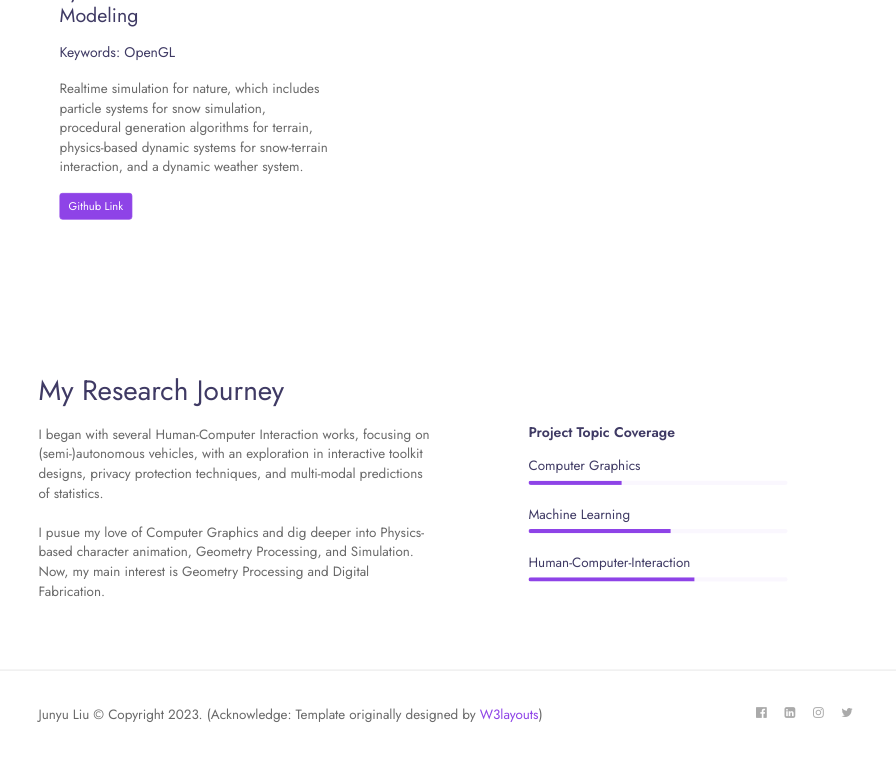
Repository: Junyu-Liu-Nate/junyu-liu-nate.github.io
Page: project.html
An editor plug-in stored every save of this project. The page is shown before and after the next save, followed by the edit.
The browser window is 1280 px wide. The pictures show the part of the page from y = 844 to 2764 px (the page is 1926 px tall before and 2764 px after), at 70% of full size.

Above is the page before, as saved 2024-04-10 18:10:29.
Console error: TypeError: Cannot read properties of null (reading 'classList')

### project.html
<!--
Author: Junyu Liu
Author: W3layouts
Author URL: http://w3layouts.com
-->
<!doctype html>
<html lang="en">

<head>
  <!-- Required meta tags -->
  <meta charset="utf-8">
  <meta name="viewport" content="width=device-width, initial-scale=1, shrink-to-fit=no">

  <title>Junyu Liu - Projects</title>

  <!-- google fonts -->
  <link href="//fonts.googleapis.com/css2?family=Jost:wght@300;400;600&display=swap" rel="stylesheet">

  <!-- Template CSS -->
  <link rel="stylesheet" href="assets/css/style-starter.css">
</head>

<body>
<!-- header -->
<header id="site-header" class="fixed-top">
  <div class="container">
      <nav class="navbar navbar-expand-lg stroke">
          <a class="navbar-brand" href="index.html">
              <span class="fa fa-laptop"></span> Junyu Liu
          </a>
          <!-- if logo is image enable this
      <a class="navbar-brand" href="#index.html">
          <img src="image-path" alt="Your logo" title="Your logo" style="height:35px;" />
      </a> -->
          <button class="navbar-toggler  collapsed bg-gradient" type="button" data-toggle="collapse"
              data-target="#navbarTogglerDemo02" aria-controls="navbarTogglerDemo02" aria-expanded="false"
              aria-label="Toggle navigation">
              <span class="navbar-toggler-icon fa icon-expand fa-bars"></span>
              <span class="navbar-toggler-icon fa icon-close fa-times"></span>
              </span>
          </button>

          <div class="collapse navbar-collapse" id="navbarTogglerDemo02">
            <ul class="navbar-nav ml-auto">
                <li class="nav-item active">
                    <a class="nav-link" href="index.html">Home <span class="sr-only">(current)</span></a>
                </li>
                <li class="nav-item @@research_active">
                    <a class="nav-link" href="research.html">Research</a>
                </li>
                <li class="nav-item @@project_active">
                  <a class="nav-link" href="project.html">Project</a>
                </li>
                <li class="nav-item @@service_active">
                  <a class="nav-link" href="service.html">Service</a>
                </li>
                <li class="nav-item @@art_active">
                    <a class="nav-link" href="art.html">Art</a>
                </li>
            </ul>
        </div>
          <!-- toggle switch for light and dark theme -->
          <div class="mobile-position">
              <nav class="navigation">
                  <div class="theme-switch-wrapper">
                      <label class="theme-switch" for="checkbox">
                          <input type="checkbox" id="checkbox">
                          <div class="mode-container">
                              <i class="gg-sun"></i>
                              <i class="gg-moon"></i>
                          </div>
                      </label>
                  </div>
              </nav>
          </div>
          <!-- //toggle switch for light and dark theme -->
      </nav>
  </div>
</header>
<!-- //header -->

<!-- about breadcrumb -->
<section class="w3l-about-breadcrumb text-center">
    <div class="breadcrumb-bg breadcrumb-bg-about py-sm-5 py-4">
        <div class="container py-2">
            <h2 class="title">Code Projects</h2>
            <ul class="breadcrumbs-custom-path mt-2">
                <li><a href="index.html">Home</a></li>
                <li class="active"><span class="fa fa-arrow-right mx-2" aria-hidden="true"></span> Code Projects </li>
            </ul>
            <br>
            <h5>Selection of my implementation of papers/algorithms, tools, course projects, and all other fun implementations.</h5>
        </div>
    </div>
</section>
<!-- //about breadcrumb -->

<!-- about page about section -->
<section class="w3l-aboutblock1" id="about">
    <div class="midd-w3 py-5">
        <div class="container py-lg-5 py-md-3">
              <div class="col-6">
                <div class="col-lg-8">
                  <div class="position-relative">
                      <img src="assets/images/project/thumnail/port-FEM-vs-VEM.png" alt="" class="radius-image img-fluid">
                  </div>
                </div>
                <div class="col-lg-9 mt-lg-0 mt-5">
                    <!-- <h5 class="title-small mb-2">Hello, I am UI/UX Designer</h5> -->
                    <h3 class="title">Realtime Interactive Particle System and Procedural Terrain Modeling</h3>
                    <br>
                    <h5>Keywords: OpenGL</h5>
                    <br>
                    <p>
                      Realtime simulation for nature, which includes particle systems for snow simulation, procedural generation algorithms for terrain, physics-based dynamic systems for snow-terrain interaction, and a dynamic weather system.
                    </p>
                    <br>
                    <div>
                      <a href="https://github.com/Junyu-Liu-Nate/Realtime-Interactive-Particle-System-Procedural-Modeling-OpenGL" class="btn btn-primary">Github Link</a>
                    </div>
                </div>
            </div>

            <!-- <p><br>-----------------------------------------------------------------------------------------------------------------------------------------------------------------------------------<br><br></p> -->
            <p><br></p>

        </div>
    </div>
</section>
<!-- //about page about section -->

<!-- about page third section -->
<section class="w3l-content-6 py-5">
    <div class="content-6-mian py-lg-5 py-md-4">
        <div class="container">
            <div class="content-info-in row">
                <div class="content-gd col-lg-6">
                    <h3 class="title-big mb-4">My Research Journey</h3>
                    <p>
                      I began with several Human-Computer Interaction works, focusing on (semi-)autonomous vehicles, with an exploration in interactive toolkit designs, privacy protection techniques, and multi-modal predictions of statistics.
                      <br><br>

                      I pusue my love of Computer Graphics and dig deeper into Physics-based character animation, Geometry Processing, and Simulation. Now, my main interest is Geometry Processing and Digital Fabrication.
                    </p>
                </div>
                <div class="content-gd col-lg-4 offset-lg-1">
                    <br><br><br>
                    <h5><b>Project Topic Coverage</b></h5><br>
                    <div class="progress-info">
                        <h6 class="progress-tittle">Computer Graphics</h6>
                        <div class="progress">
                            <div class="progress-bar progress-bar-striped" role="progressbar" style="width: 36%"
                                aria-valuenow="36" aria-valuemin="0" aria-valuemax="100">
                            </div>
                        </div>
                    </div>
                    <div class="progress-info">
                        <h6 class="progress-tittle">Machine Learning
                        </h6>
                        <div class="progress">
                            <div class="progress-bar progress-bar-striped" role="progressbar" style="width: 55%"
                                aria-valuenow="55" aria-valuemin="0" aria-valuemax="100">
                            </div>
                        </div>
                    </div>
                    <div class="progress-info">
                        <h6 class="progress-tittle">Human-Computer-Interaction</h6>
                        <div class="progress">
                            <div class="progress-bar progress-bar-striped" role="progressbar" style="width: 64%"
                                aria-valuenow="64" aria-valuemin="0" aria-valuemax="100">
                            </div>
                        </div>
                    </div>
                </div>
            </div>
        </div>
    </div>
</section>
<!-- about page third section -->

<!-- Footer -->
<section class="w3l-footer py-sm-5 py-4">
  <div class="container">
    <div class="footer-content">
      <div class="row">
        <div class="col-lg-8 footer-left">
          <p class="m-0">Junyu Liu © Copyright 2023. (Acknowledge: Template originally designed by <a href="https://w3layouts.com">W3layouts</a>)</p>
        </div>
        <div class="col-lg-4 footer-right text-lg-right text-center mt-lg-0 mt-3">
          <ul class="social m-0 p-0">
            <li><a href="#facebook"><span class="fa fa-facebook-official"></span></a></li>
            <li><a href="#linkedin"><span class="fa fa-linkedin-square"></span></a></li>
            <li><a href="#instagram"><span class="fa fa-instagram"></span></a></li>
            <li><a href="#twitter"><span class="fa fa-twitter"></span></a></li>
          </ul>
        </div>
      </div>
    </div>
  </div>

  <!-- move top -->
  <button onclick="topFunction()" id="movetop" title="Go to top">
    <span class="fa fa-angle-up"></span>
  </button>
  <script>
    // When the user scrolls down 20px from the top of the document, show the button
    window.onscroll = function () {
      scrollFunction()
    };

    function scrollFunction() {
      if (document.body.scrollTop > 20 || document.documentElement.scrollTop > 20) {
        document.getElementById("movetop").style.display = "block";
      } else {
        document.getElementById("movetop").style.display = "none";
      }
    }

    // When the user clicks on the button, scroll to the top of the document
    function topFunction() {
      document.body.scrollTop = 0;
      document.documentElement.scrollTop = 0;
    }
  </script>
  <!-- /move top -->
</section>
<!-- //Footer -->

<!-- all js scripts and files here -->

<script src="assets/js/theme-change.js"></script><!-- theme switch js (light and dark)-->

<script src="assets/js/jquery-3.3.1.min.js"></script><!-- default jQuery -->

<!-- /typig-text-->
<script>
  const typedTextSpan = document.querySelector(".typed-text");
  const cursorSpan = document.querySelector(".cursor");

  const textArray = ["UI/UX Designer", "Freelancer", "Web developer"];
  const typingDelay = 200;
  const erasingDelay = 10;
  const newTextDelay = 100; // Delay between current and next text
  let textArrayIndex = 0;
  let charIndex = 0;

  function type() {
    if (charIndex < textArray[textArrayIndex].length) {
      if (!cursorSpan.classList.contains("typing")) cursorSpan.classList.add("typing");
      typedTextSpan.textContent += textArray[textArrayIndex].charAt(charIndex);
      charIndex++;
      setTimeout(type, typingDelay);
    } else {
      cursorSpan.classList.remove("typing");
      setTimeout(erase, newTextDelay);
    }
  }

  function erase() {
    if (charIndex > 0) {
      // add class 'typing' if there's none
      if (!cursorSpan.classList.contains("typing")) {
        cursorSpan.classList.add("typing");
      }
      typedTextSpan.textContent = textArray[textArrayIndex].substring(0, 0);
      charIndex--;
      setTimeout(erase, erasingDelay);
    } else {
      cursorSpan.classList.remove("typing");
      textArrayIndex++;
      if (textArrayIndex >= textArray.length) textArrayIndex = 0;
      setTimeout(type, typingDelay);
    }
  }

  document.addEventListener("DOMContentLoaded", function () { // On DOM Load initiate the effect
    if (textArray.length) setTimeout(type, newTextDelay + 250);
  });
</script>
<!-- //typig-text-->

<!-- services owlcarousel -->
<script src="assets/js/owl.carousel.js"></script>

<!-- script for services -->
<script>
  $(document).ready(function () {
    $('.owl-two').owlCarousel({
      loop: true,
      margin: 30,
      nav: false,
      responsiveClass: true,
      autoplay: false,
      autoplayTimeout: 5000,
      autoplaySpeed: 1000,
      autoplayHoverPause: false,
      responsive: {
        0: {
          items: 1,
          nav: false
        },
        480: {
          items: 1,
          nav: false
        },
        700: {
          items: 1,
          nav: false
        },
        1090: {
          items: 3,
          nav: false
        }
      }
    })
  })
</script>
<!-- //script for services -->

<!-- script for tesimonials carousel slider -->
<script>
  $(document).ready(function () {
    $("#owl-demo1").owlCarousel({
      loop: true,
      margin: 20,
      nav: false,
      responsiveClass: true,
      responsive: {
        0: {
          items: 1,
          nav: false
        },
        736: {
          items: 1,
          nav: false
        },
        1000: {
          items: 2,
          nav: false,
          loop: false
        }
      }
    })
  })
</script>
<!-- //script for tesimonials carousel slider -->

<!-- video popup -->
<script src="assets/js/jquery.magnific-popup.min.js"></script>
<script>
  $(document).ready(function () {
    $('.popup-with-zoom-anim').magnificPopup({
      type: 'inline',

      fixedContentPos: false,
      fixedBgPos: true,

      overflowY: 'auto',

      closeBtnInside: true,
      preloader: false,

      midClick: true,
      removalDelay: 300,
      mainClass: 'my-mfp-zoom-in'
    });

    $('.popup-with-move-anim').magnificPopup({
      type: 'inline',

      fixedContentPos: false,
      fixedBgPos: true,

      overflowY: 'auto',

      closeBtnInside: true,
      preloader: false,

      midClick: true,
      removalDelay: 300,
      mainClass: 'my-mfp-slide-bottom'
    });
  });
</script>
<!-- //video popup -->

<!-- stats number counter-->
<script src="assets/js/jquery.waypoints.min.js"></script>
<script src="assets/js/jquery.countup.js"></script>
<script>
  $('.counter').countUp();
</script>
<!-- //stats number counter -->

<!-- disable body scroll which navbar is in active -->
<script>
  $(function () {
    $('.navbar-toggler').click(function () {
      $('body').toggleClass('noscroll');
    })
  });
</script>
<!-- disable body scroll which navbar is in active -->

<!--/MENU-JS-->
<script>
  $(window).on("scroll", function () {
    var scroll = $(window).scrollTop();

    if (scroll >= 80) {
      $("#site-header").addClass("nav-fixed");
    } else {
      $("#site-header").removeClass("nav-fixed");
    }
  });

  //Main navigation Active Class Add Remove
  $(".navbar-toggler").on("click", function () {
    $("header").toggleClass("active");
  });
  $(document).on("ready", function () {
    if ($(window).width() > 991) {
      $("header").removeClass("active");
    }
    $(window).on("resize", function () {
      if ($(window).width() > 991) {
        $("header").removeClass("active");
      }
    });
  });
</script>
<!--//MENU-JS-->

<!-- bootstrap js -->
<script src="assets/js/bootstrap.min.js"></script>

</body>

</html>

Loaded but not shown: assets/css/style-starter.css (library); assets/js/theme-change.js (common file); assets/js/jquery-3.3.1.min.js (library); assets/js/owl.carousel.js (library); assets/js/jquery.magnific-popup.min.js (library); assets/js/jquery.waypoints.min.js (library); assets/js/jquery.countup.js (common file); assets/js/bootstrap.min.js (library)

After the next save:
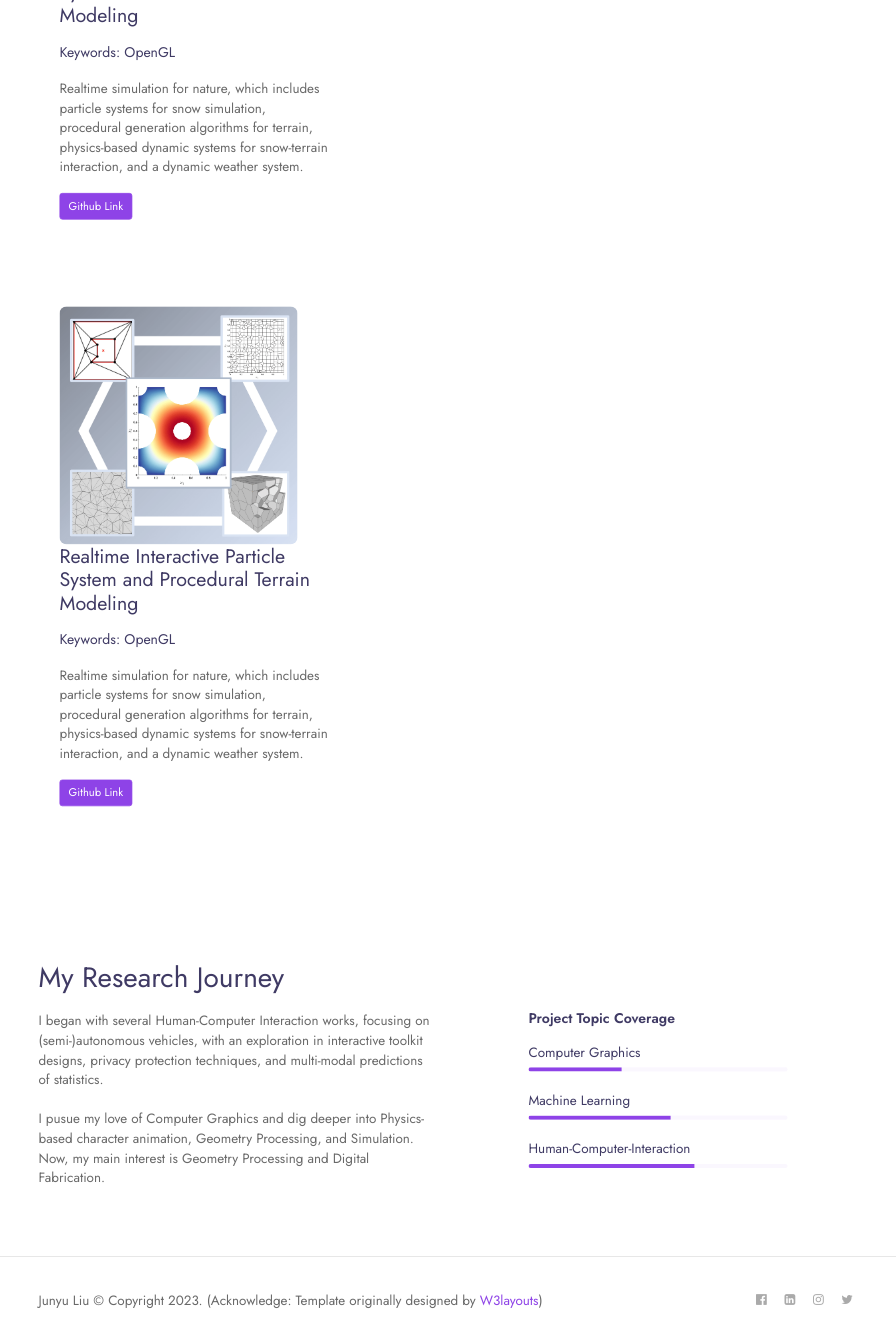
Saved 17 s later.
--- a/project.html
+++ b/project.html
@@ -125,6 +125,34 @@
             <p><br></p>
 
         </div>
+
+        <div class="container py-lg-5 py-md-3">
+          <div class="col-6">
+            <div class="col-lg-8">
+              <div class="position-relative">
+                  <img src="assets/images/project/thumnail/port-FEM-vs-VEM.png" alt="" class="radius-image img-fluid">
+              </div>
+            </div>
+            <div class="col-lg-9 mt-lg-0 mt-5">
+                <!-- <h5 class="title-small mb-2">Hello, I am UI/UX Designer</h5> -->
+                <h3 class="title">Realtime Interactive Particle System and Procedural Terrain Modeling</h3>
+                <br>
+                <h5>Keywords: OpenGL</h5>
+                <br>
+                <p>
+                  Realtime simulation for nature, which includes particle systems for snow simulation, procedural generation algorithms for terrain, physics-based dynamic systems for snow-terrain interaction, and a dynamic weather system.
+                </p>
+                <br>
+                <div>
+                  <a href="https://github.com/Junyu-Liu-Nate/Realtime-Interactive-Particle-System-Procedural-Modeling-OpenGL" class="btn btn-primary">Github Link</a>
+                </div>
+            </div>
+        </div>
+
+        <!-- <p><br>-----------------------------------------------------------------------------------------------------------------------------------------------------------------------------------<br><br></p> -->
+        <p><br></p>
+
+    </div>
     </div>
 </section>
 <!-- //about page about section -->

After the save that followed:
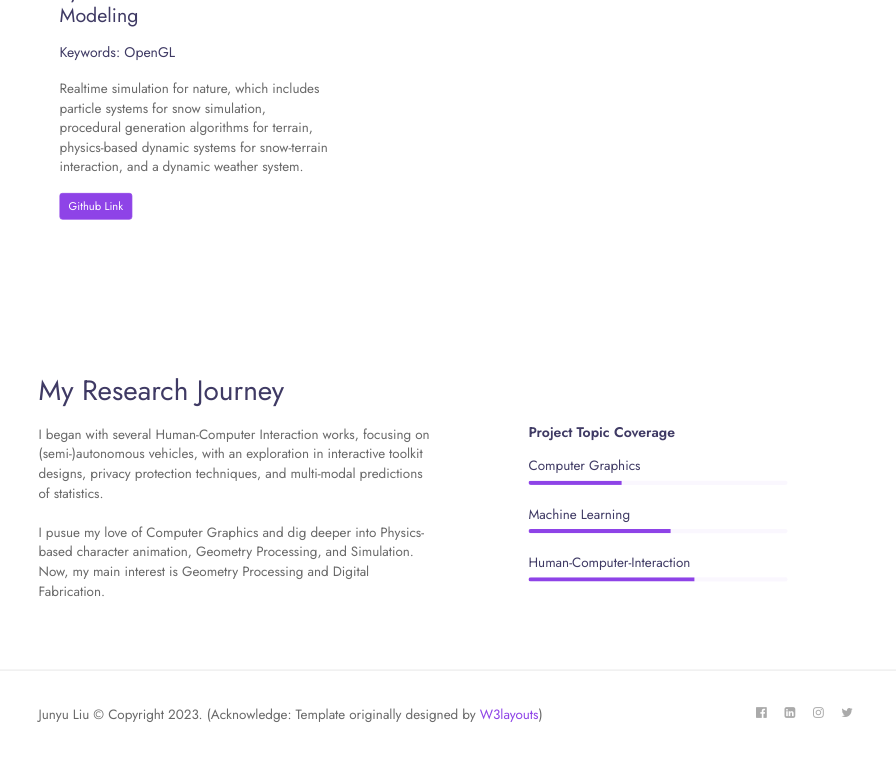
Saved 14 s later.
--- a/project.html
+++ b/project.html
@@ -125,32 +125,6 @@
             <p><br></p>
 
         </div>
-
-        <div class="container py-lg-5 py-md-3">
-          <div class="col-6">
-            <div class="col-lg-8">
-              <div class="position-relative">
-                  <img src="assets/images/project/thumnail/port-FEM-vs-VEM.png" alt="" class="radius-image img-fluid">
-              </div>
-            </div>
-            <div class="col-lg-9 mt-lg-0 mt-5">
-                <!-- <h5 class="title-small mb-2">Hello, I am UI/UX Designer</h5> -->
-                <h3 class="title">Realtime Interactive Particle System and Procedural Terrain Modeling</h3>
-                <br>
-                <h5>Keywords: OpenGL</h5>
-                <br>
-                <p>
-                  Realtime simulation for nature, which includes particle systems for snow simulation, procedural generation algorithms for terrain, physics-based dynamic systems for snow-terrain interaction, and a dynamic weather system.
-                </p>
-                <br>
-                <div>
-                  <a href="https://github.com/Junyu-Liu-Nate/Realtime-Interactive-Particle-System-Procedural-Modeling-OpenGL" class="btn btn-primary">Github Link</a>
-                </div>
-            </div>
-        </div>
-
-        <!-- <p><br>-----------------------------------------------------------------------------------------------------------------------------------------------------------------------------------<br><br></p> -->
-        <p><br></p>
 
     </div>
     </div>
